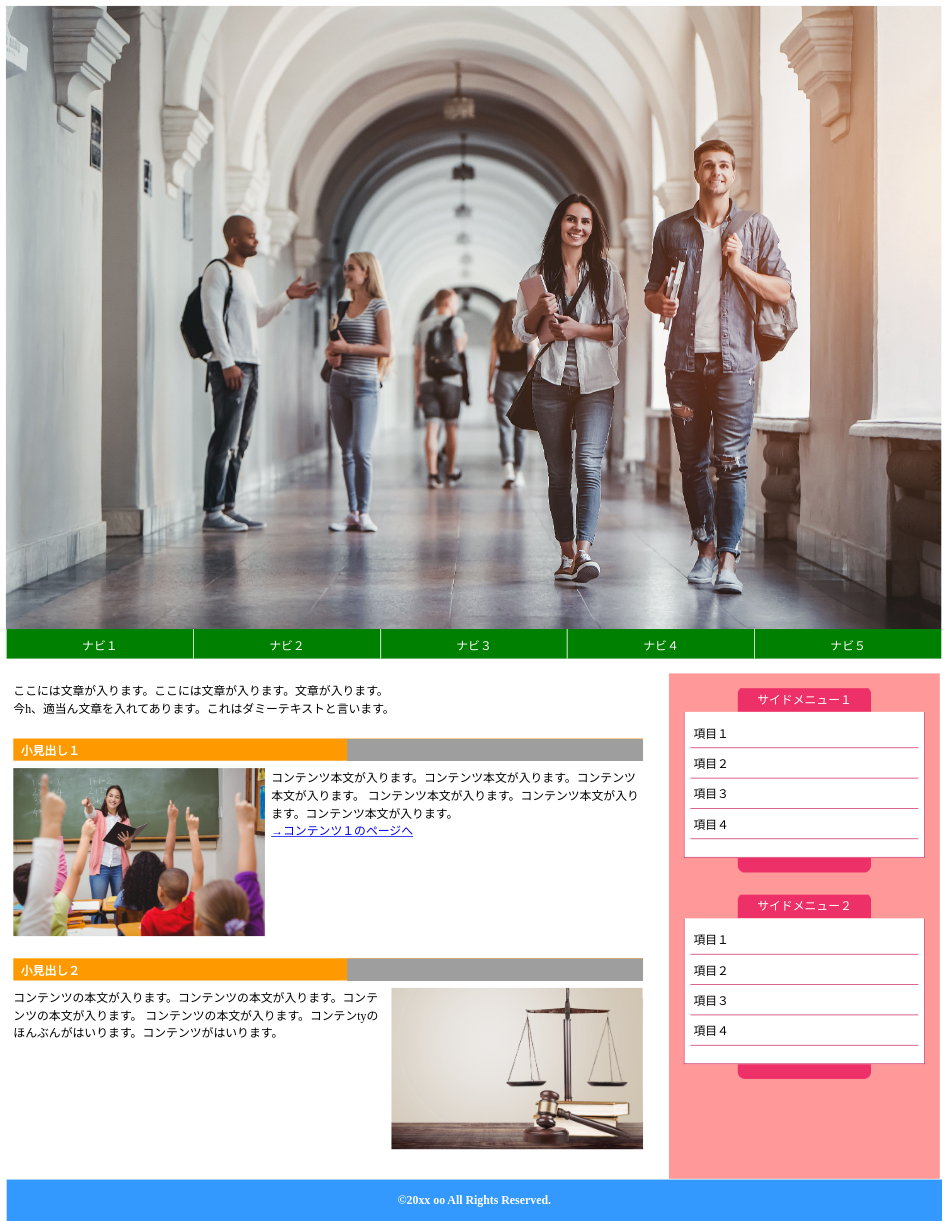
Repository: mksh323/samurai_HTML-CSS
Page: home.html
The author's editor kept a record of every edit. The page is drawn from the files as they stood at one moment, then again after the next edit.
The browser window is 1280 px wide. The pictures show the whole page, at 74% of full size.
Pictures or frames that could not be fetched are drawn as grey boxes.

Above is the page before.

### home.html
<!DOCTYPE html>
<html lang="ja">
<head>
    <meta charset="UTF-8">
    <title>HTML/CSSの学習</title>
    <link rel="stylesheet" href="stylesheet.css">
</head>
<body>
    <div id="header">
        <h1><a href="index.html"><img id="corridor" src="images/corridor.jpg" alt="大学の廊下"/></a></h1>
    </div>
    <div id="wrapper">
        <div id="nav">
            <ul>
                <li><a href="home.html">ナビ１</a></li>
                <li><a href="#">ナビ２</a></li>
                <li><a href="#">ナビ３</a></li>
                <li><a href="#">ナビ４</a></li>
                <li><a href="#">ナビ５</a></li>
            </ul>
        </div>
        <div id="container">
            <div id="main">
                <div class="post">
                    <p>ここには文章が入ります。ここには文章が入ります。文章が入ります。<br />今h、適当ん文章を入れてあります。これはダミーテキストと言います。</p>
                </div>
                <div class="post clearfix">
                    <h2>小見出し１</h2>
                    <img class="left" src="images/classroom.jpg" alt="授業風景"/>
                    <p>
                        コンテンツ本文が入ります。コンテンツ本文が入ります。コンテンツ本文が入ります。
                        コンテンツ本文が入ります。コンテンツ本文が入ります。コンテンツ本文が入ります。
                    </p>
                    <p><a href="#">→コンテンツ１のページへ</a></p>
                </div>
                <div class="post clearfix">
                    <h2>小見出し２</h2>
                    <img class="right" src="images/scale.jpg" alt="天秤"/>
                    <p>
                        コンテンツの本文が入ります。コンテンツの本文が入ります。コンテンツの本文が入ります。
                        コンテンツの本文が入ります。コンテンtyのほんぶんがはいります。コンテンツがはいります。
                    </p>
                </div>
            </div>
            <div id="side">
                 <div class="box">
                    <h2>サイドメニュー１</h2>
                    <div class="boxBody">
                    <ul>
                        <li>項目１</li>
                        <li>項目２</li>
                        <li>項目３</li>
                        <li>項目４</li>
                    </ul>
                </div>
            </div>
            <div class="box">
                <h2>サイドメニュー２</h2>
                <div class="boxBody">
                    <ul>
                        <li>項目１</li>
                        <li>項目２</li>
                        <li>項目３</li>
                        <li>項目４</li>
                    </ul>
                </div>
            </div>
        </div>
    </div>
    <div id="footer">
        <p>&copy;20xx oo All Rights Reserved.</p>
    </div>
</body>
</html>

### stylesheet.css
@charset "utf-8"
body{
    margin:0;
    padding:0;
    font-family:"ヒラギノ角ゴ pro W3", "Hiragino Kaku Gothic Pro", "メイリオ",Meiryo, Osaka, "MS Pゴシック", "MS PGothic", sans-serif;
    color:#333;
    font-size:13px;
    line-height:150%;
}
#wrapper{
    width:100%;
    margin:auto;
    margin-top:-20px;
    padding:0px;
    border:0px;
    background-color:#FFF;
    top:10px;
    position:relative;
}
#header{
    width:100%;
}
#header h1{
    margin:0;
    padding:0;
}
#corridor{
    width:100%;
    height:auto;
}
#footer{
    margin:1px;
    clear:both;
    width:100%;
    padding:3px 0 3px 0;
    background:#39F;
    color:#FFF;
    font-weight:bold;
    text-align:center;
}
#nav{
    width:100%;
}
#nav ul{
    display:flex;
    margin:0;
    padding:0;
    list-style-type:none;
}
#nav ul li{
    width:20%;
    text-align:center;
}
#nav ul li a{
    border-left:1px solid white;
    display:block;
    height:20px;
    margin:0;
    padding:10px;
    color:#FFF;
    text-decoration:none;
    background-color:green;
}
#nav ul li a:hover{
    filter:drop-shadow(10px 10px 10px black);
}
#container{
    width:100%;
    margin:auto;
    padding:auto;
    padding-top:20px;
    clear:both;
    display:grid;
    grid-template-columns:70vw 30vw;
}
#main{
    width:95%;
    padding:10px 30px 10px 10px;
    background:#FFF;
}
#main h2{
    margin:0 0 10px 0;
    padding:3px 10px 3px 10px;
    color:#FFF;
    font-size:16px;
    border-left:solid 10px #COO;
    background:#F90 url(../images/main_h2.jpg) right top repeat-y;
}
#main p{
    margin:0;
    padding:0;
}
#main .post{
    margin:0 0 30px 0;
}
#main .post img.right{
    margin:0 0 0 8px;
}
#main .post img.left{
    margin:0 8px 0 0;
}
.right{
    float:right;
    width:40%;
    height:auto;
}
.left{
    float:left;
    width:40%;
    height:auto;
}
.clearfix{
    zoom:1;
}
.clearfix:after{
    content:"";
    display:block;
    clear:both;
}
#side{
    width:85%;
    padding:20px;
    background-color:#F99;
}
#side .box{
    margin:0 auto 30px auto;
    padding:0 0 20px 0;
    background:url(images/side_box.png) bottom no-repeat;
}
#side .box h2{
    margin:0;
    padding:8px;
    text-align:center;
    color:#fff;
    font-size:16px;
    line-height:16px;
    font-weight:normal;
    background:url(images/side_box_h2.png) center no-repeat;
}
#side .box .boxBody{
    padding:8px;
    border-right:solid 1px #C36;
    border-bottom:solid 1px #C36;
    border-left:solid 1px #C36;
    background:#fff;
}
#side .box .boxBody ul{
    margin:0 0 16px 0;
    padding:0;
}
#side .box .boxBody ul li{
    padding:8px 0 8px 4px;
    list-style:none;
    border-bottom:solid 1px #C36;
}
#side .box .boxBody ul li:hover{
    padding:8px 0 8px 4px;
    list-style:none;
    border-bottom:solid 1px #C36;
    box-shadow:0 4px 4px rgba(0, 0, 0, 0.3);
}

After the next edit:
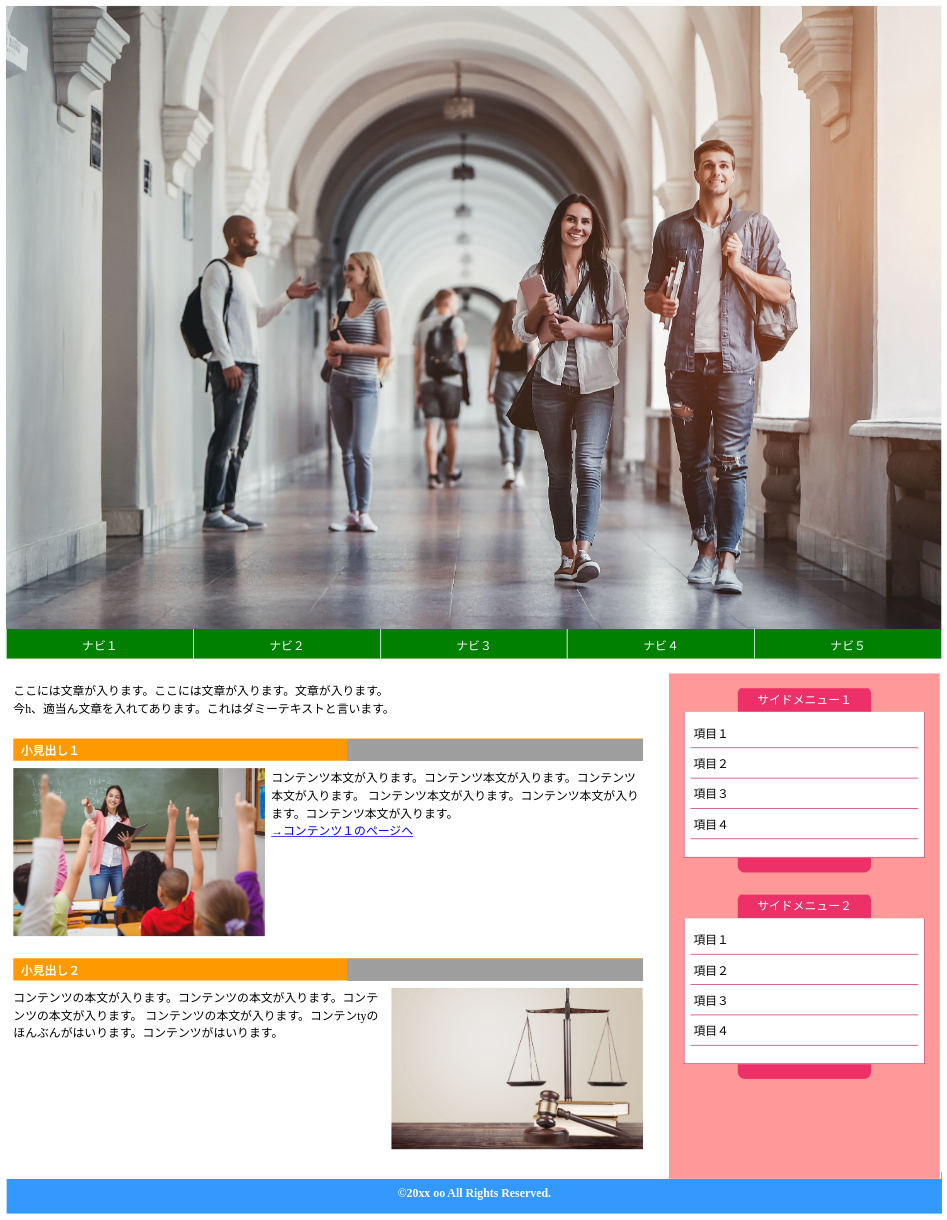
The edit:
--- a/home.html
+++ b/home.html
@@ -46,23 +46,24 @@
                  <div class="box">
                     <h2>サイドメニュー１</h2>
                     <div class="boxBody">
-                    <ul>
-                        <li>項目１</li>
-                        <li>項目２</li>
-                        <li>項目３</li>
-                        <li>項目４</li>
-                    </ul>
+                        <ul>
+                            <li>項目１</li>
+                            <li>項目２</li>
+                            <li>項目３</li>
+                            <li>項目４</li>
+                        </ul>
+                    </div>
                 </div>
-            </div>
-            <div class="box">
-                <h2>サイドメニュー２</h2>
-                <div class="boxBody">
-                    <ul>
-                        <li>項目１</li>
-                        <li>項目２</li>
-                        <li>項目３</li>
-                        <li>項目４</li>
-                    </ul>
+                <div class="box">
+                    <h2>サイドメニュー２</h2>
+                    <div class="boxBody">
+                        <ul>
+                            <li>項目１</li>
+                            <li>項目２</li>
+                            <li>項目３</li>
+                            <li>項目４</li>
+                        </ul>
+                    </div>
                 </div>
             </div>
         </div>
